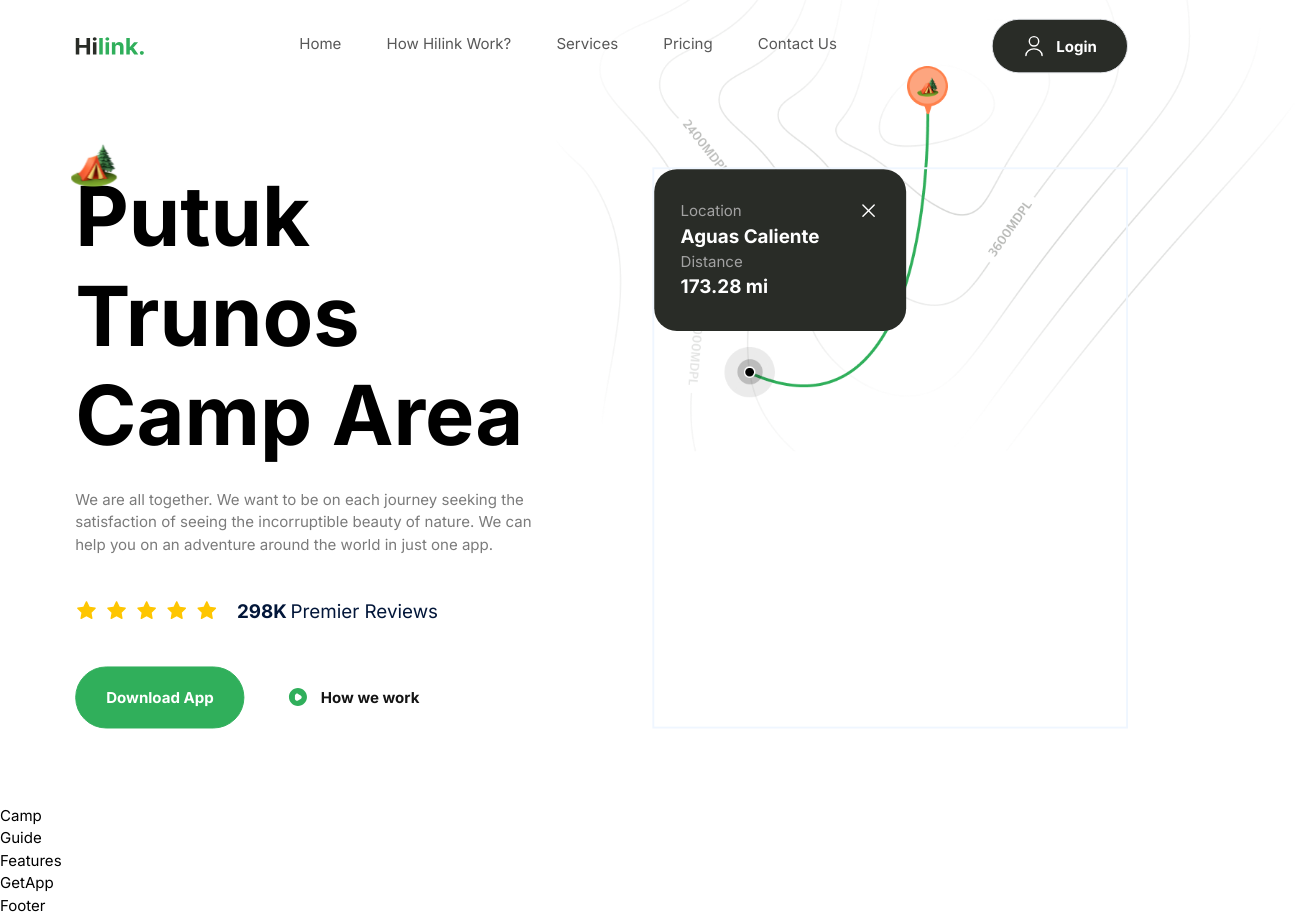
Repository: SouthpawC0der/Modern-reactsite
Page: /
These files come from the project's save history. The page is drawn as it stood at one moment and after the next save; the edit follows.
The browser window is 1280 px wide. The page is 1392 px wide, so the pictures cover 1392 px, including what lies to the right of the window. The pictures show the whole page, at 94% of full size.
The project was rebuilt for these pictures with package versions that can differ from the ones it lists, and the page was loaded fresh each time. The framework's server and built-in components were replaced by stand-ins that run in the browser. Also part of the build but not shown: next.config.ts.

Above is the page before, as saved 2025-01-30 12:03:48.

After the next save:
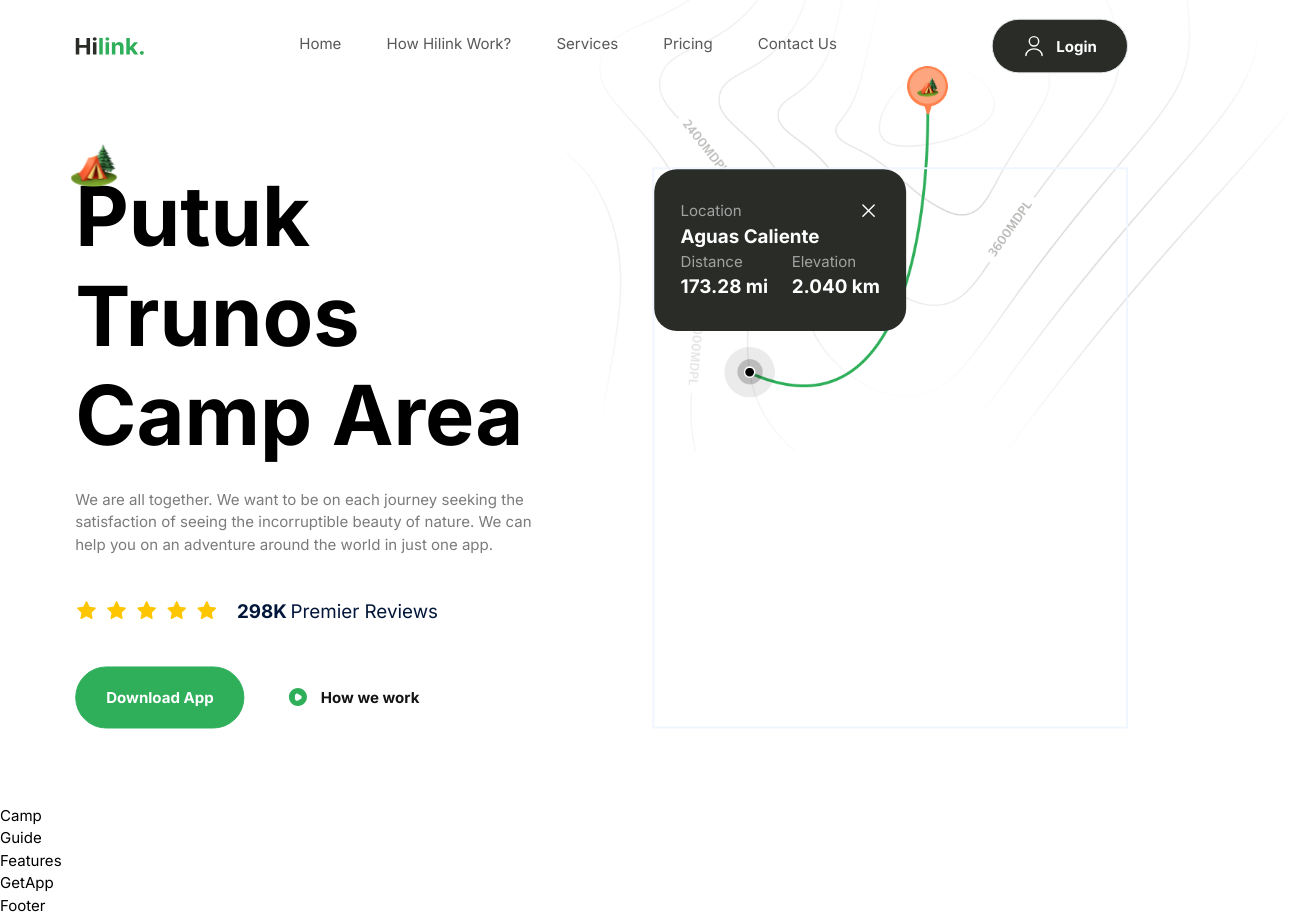
Saved 3 min 2 s later.
--- a/components/Hero.tsx
+++ b/components/Hero.tsx
@@ -77,6 +77,10 @@ const Hero = () => {
                     <p className='regular-16 block text-gray-20'>Distance</p>
                     <p className='bold-20 text-white'>173.28 mi</p>
                 </div>
+                  <div className='flex flex-col'>
+                    <p className='regular-16 block text-gray-20'>Elevation</p>
+                    <p className='bold-20 text-white'> 2.040 km</p>
+                </div>
               </div>
             </div>
         </div>
